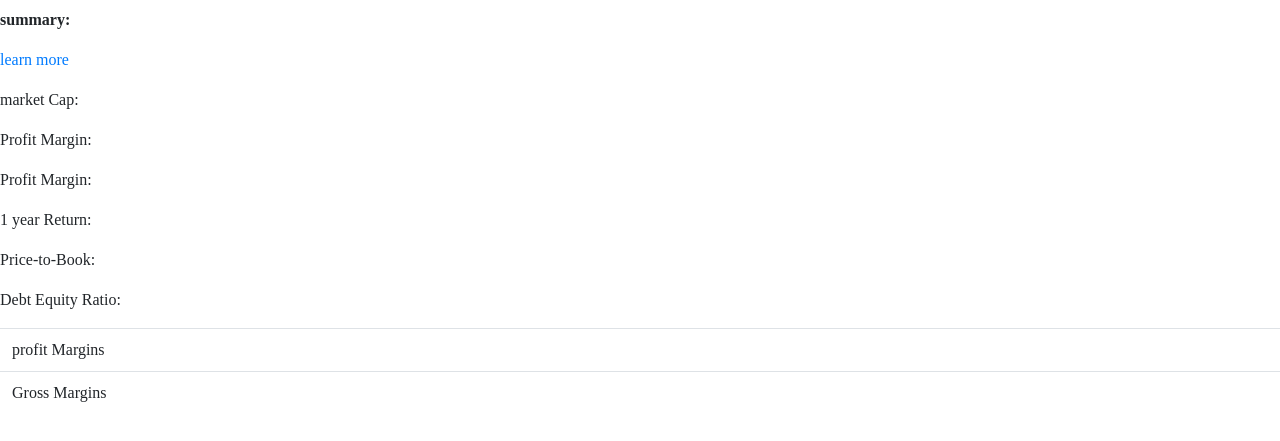
Repository: brendan12372/theSite
Page: topTen/templates/stocks/stock_detail.html
The author's editor kept a copy of each file at every save. The page is drawn from the files as they stood at one save, then again after the next save.
The browser window is 1280 px wide. The pictures show the whole page.
Some web libraries are served in a nearby version. The page is served by the project's application, run on Django 4.2 (manage.py). The template is opened directly, without the code that normally fills it, so the values that code supplies are empty.

Above is the page before, as saved 2022-03-15 00:08:17.

After the next save:
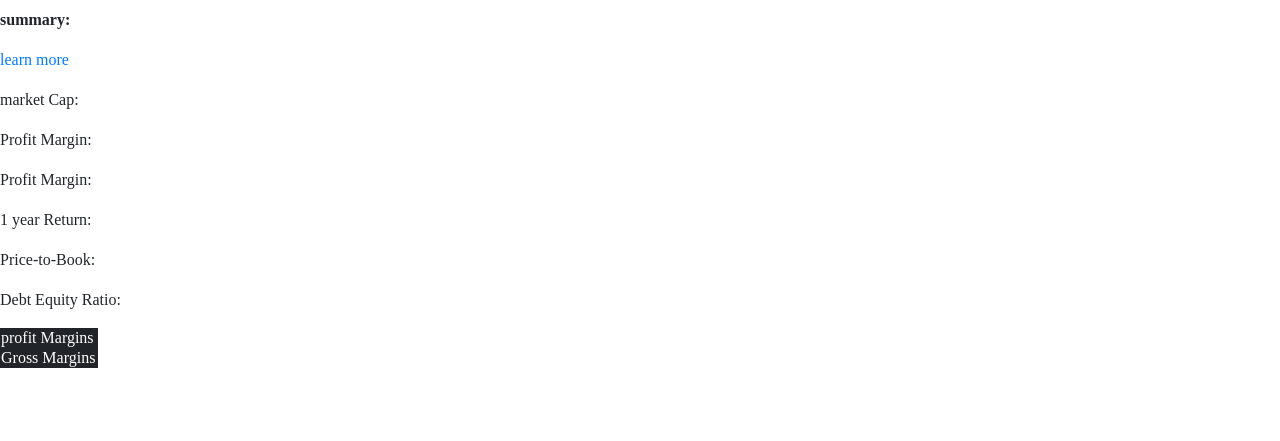
Saved 34 s later.
--- a/topTen/templates/stocks/stock_detail.html
+++ b/topTen/templates/stocks/stock_detail.html
@@ -28,7 +28,7 @@
     <p>Price-to-Book: {{ object.PriceToBook}}</p>
     <p>Debt Equity Ratio: {{ object.debtEquityRatio}}</p>
 
-    <table class="table">
+    <table class="table-dark">
       <!-- <thead class="thead-dark">
         <tr>
           <th scope="col">cat</th>

After the save that followed:
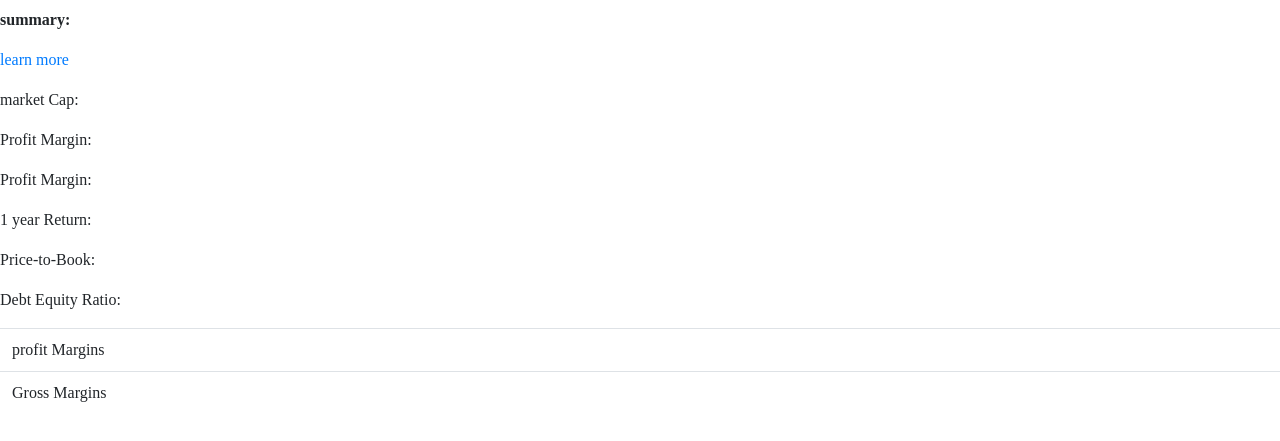
Saved 21 s later.
--- a/topTen/templates/stocks/stock_detail.html
+++ b/topTen/templates/stocks/stock_detail.html
@@ -28,7 +28,7 @@
     <p>Price-to-Book: {{ object.PriceToBook}}</p>
     <p>Debt Equity Ratio: {{ object.debtEquityRatio}}</p>
 
-    <table class="table-dark">
+    <table class="table">
       <!-- <thead class="thead-dark">
         <tr>
           <th scope="col">cat</th>
